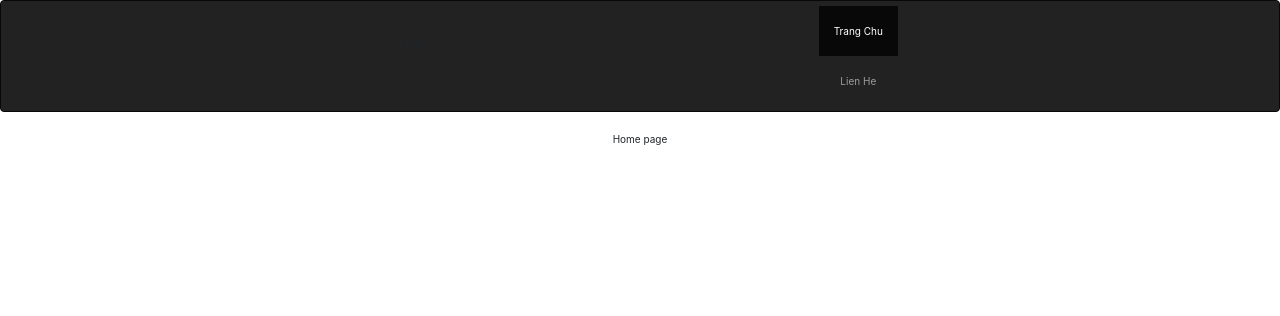
Repository: hntvip/react-route
Page: /
An editor plug-in stored every save of this project. The page is shown before and after a run of saves, followed by the edit.
The browser window is 1280 px wide. The pictures show the whole page.
The project was rebuilt for these pictures with package versions that can differ from the ones it lists, and the page was loaded fresh each time. Also part of the build but not shown: src/components/About.js.

Above is the page before, as saved 2019-11-27 16:23:46.

After the next 2 saves:
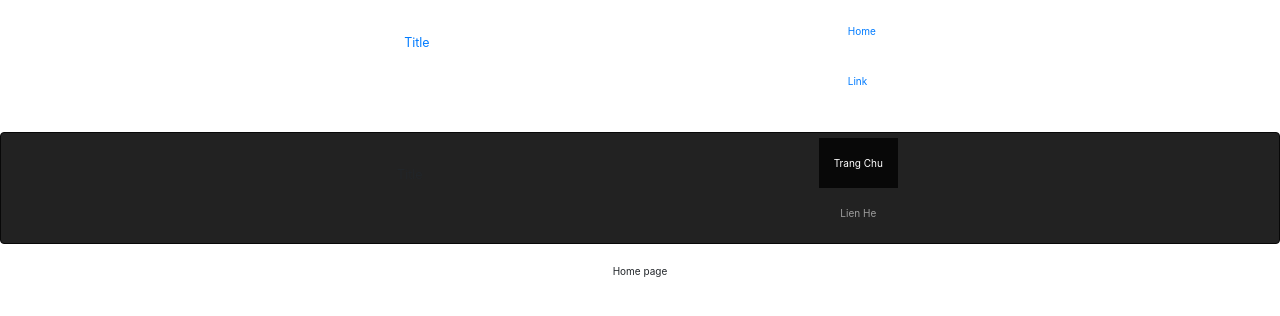
The 2 saves are shown as one change because 1 did not build or start.
The last was saved 29 s later.
--- a/src/App.js
+++ b/src/App.js
@@ -7,6 +7,19 @@ import Home from './components/Home';
 function App() {
   return (
     <Router>
+
+      <div class="navbar">
+        <a class="navbar-brand" href="#">Title</a>
+        <ul class="nav navbar-nav">
+          <li class="active">
+            <a href="#">Home</a>
+          </li>
+          <li>
+            <a href="#">Link</a>
+          </li>
+        </ul>
+      </div>
+
       <div className="App">
         <nav className="navbar navbar-inverse">
           <a  className="navbar-brand">Title</a>
